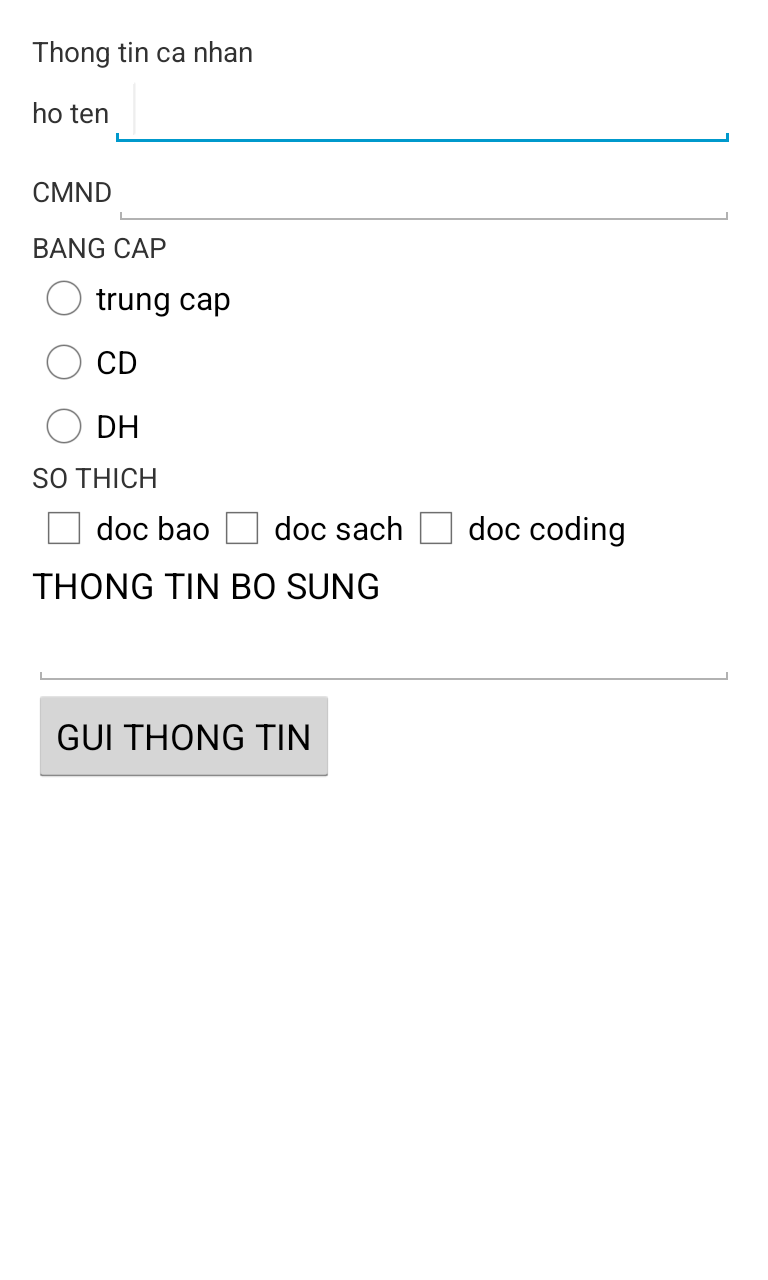
Repository: DoTrungKien96/Android
Layout: Baitap Android/bai11_hoso/res/layout/activity_main.xml
The author's editor kept a copy of each file at every save. The layout is drawn from the files as they stood at one save, then again after the next save.
It is drawn on a 768 x 1280 px phone screen (xhdpi) without system bars, with theme AppTheme; the app's code is not run.

Above is the layout before, as saved 2017-05-07 03:47:28.

After the next save:
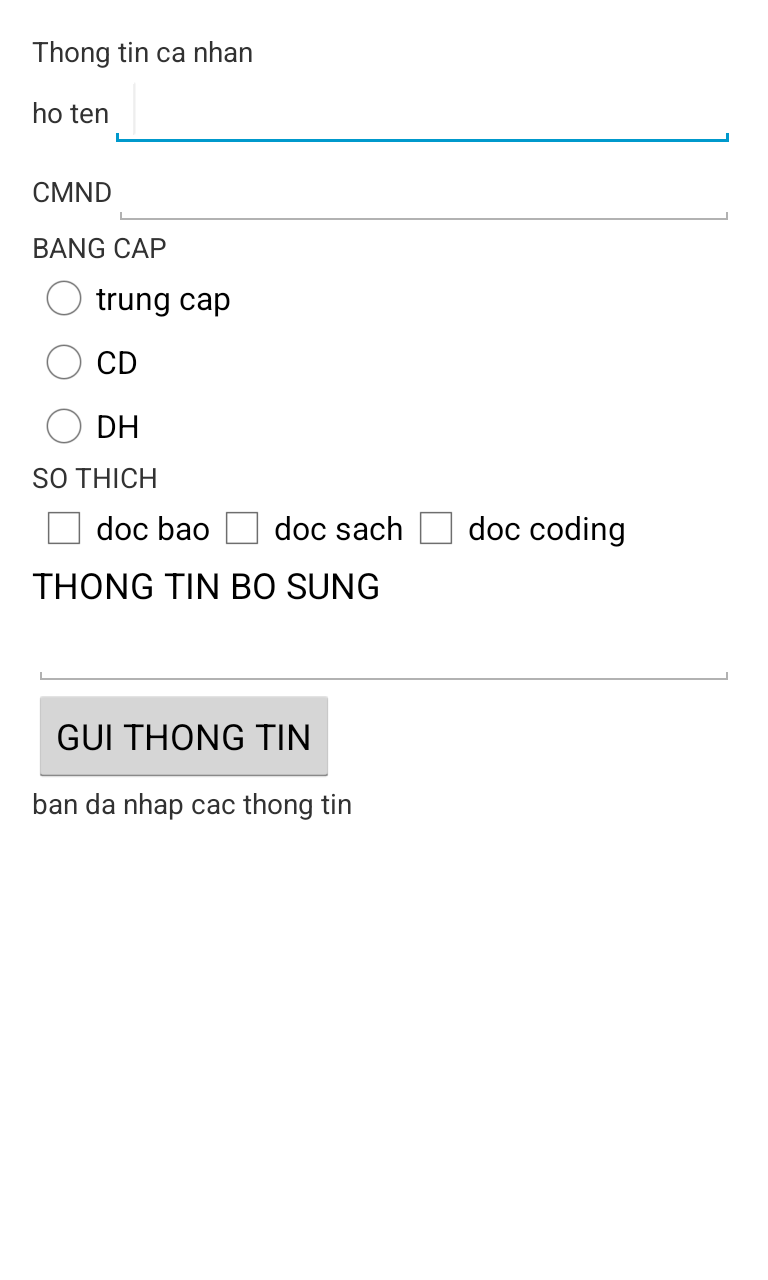
Saved 2 min 3 s later.
--- a/Baitap Android/bai11_hoso/res/layout/activity_main.xml
+++ b/Baitap Android/bai11_hoso/res/layout/activity_main.xml
@@ -138,4 +138,10 @@
         android:layout_height="wrap_content"
         android:text="GUI THONG TIN" />
 
+    <TextView
+        android:id="@+id/txtkq"
+        android:layout_width="wrap_content"
+        android:layout_height="wrap_content"
+        android:text="ban da nhap cac thong tin" />
+
 </LinearLayout>
